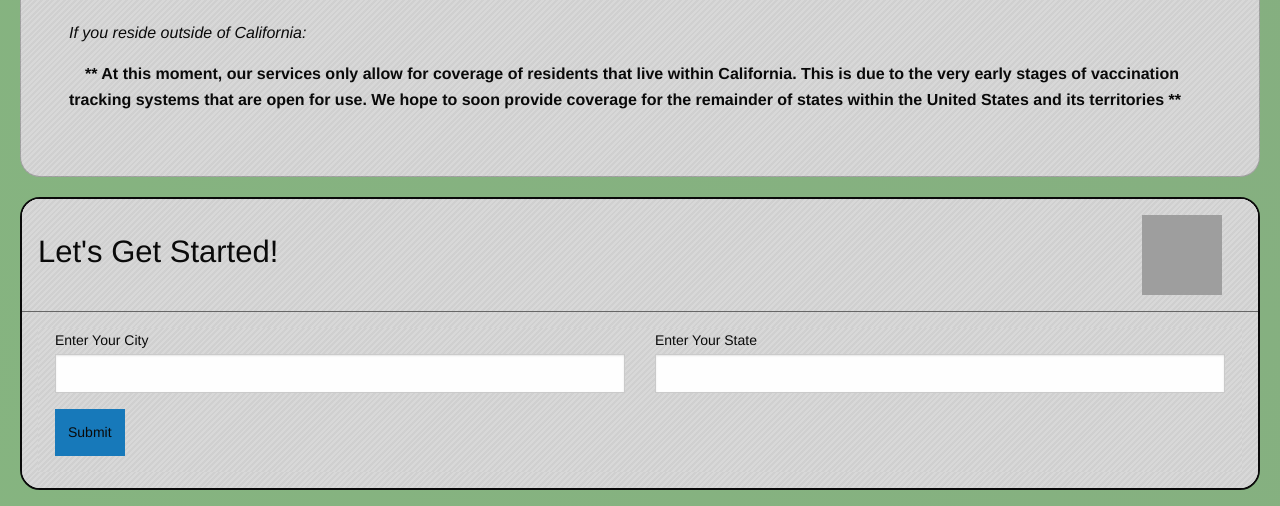
Repository: seddboi/Save-A-Shot
Page: index.html
These files come from the project's save history. The page is drawn as it stood at one moment and after the next save; the edit follows.
The browser window is 1280 px wide. The pictures show the part of the page from y = 1208 to 1716 px (the page is 1714 px tall before and 1716 px after).
Pictures or frames that could not be fetched are drawn as grey boxes. A picture or video elsewhere on the page could not be fetched, so the positions and the page height are approximate. The page's requests for data from a server got no answer. Some web libraries are served in a nearby version.

Above is the page before, as saved 2021-03-19 19:36:04.

After the next save:
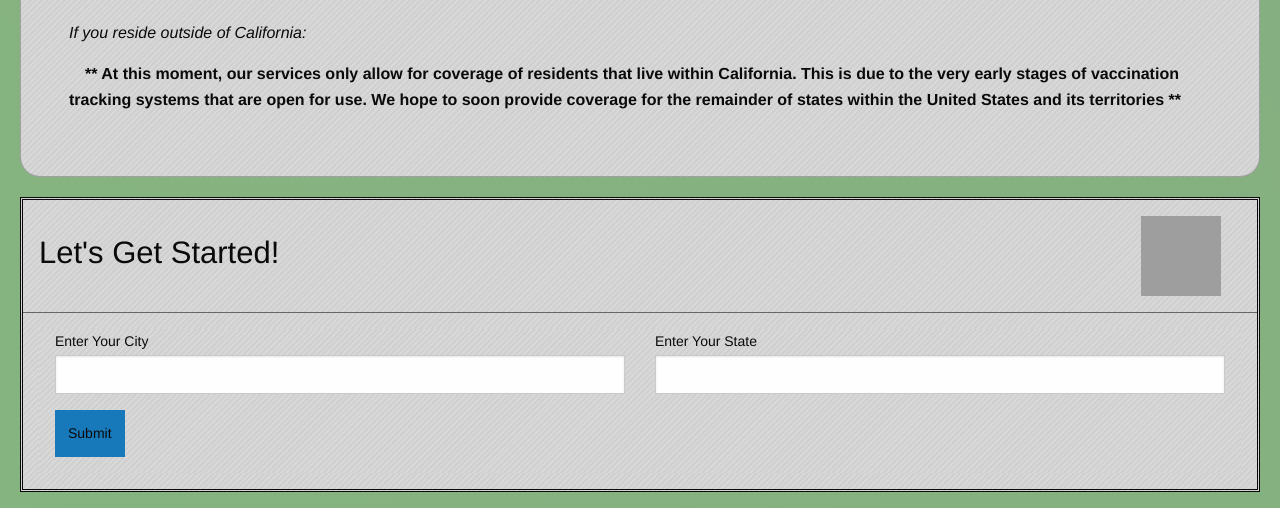
Saved 91 s later.
--- a/assets/css/style.css
+++ b/assets/css/style.css
@@ -64,8 +64,7 @@ body {
     margin-left: 20px;
     margin-right: 20px;
     margin-top: 20px;
-    border: 2px double;
-    border-radius: 20px;
+    border: 3px double;
 }
 
 #card-divider {
